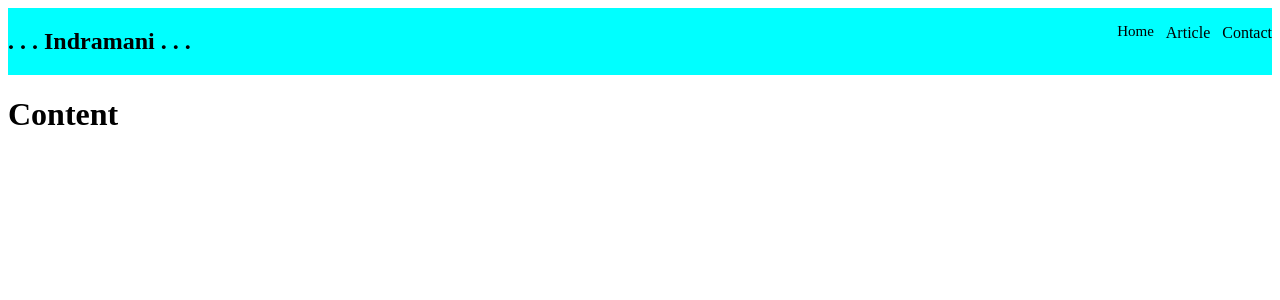
Repository: indramani7271/Indramani-First
Page: /
An editor plug-in stored every save of this project. The page is shown before and after the next save, followed by the edit.
The browser window is 1280 px wide. The pictures show the whole page.
The project was rebuilt for these pictures with package versions that can differ from the ones it lists, and the page was loaded fresh each time. Also part of the build but not shown: vite.config.js, src/index.css.

Above is the page before, as saved 2024-12-02 17:17:29.

After the next save:
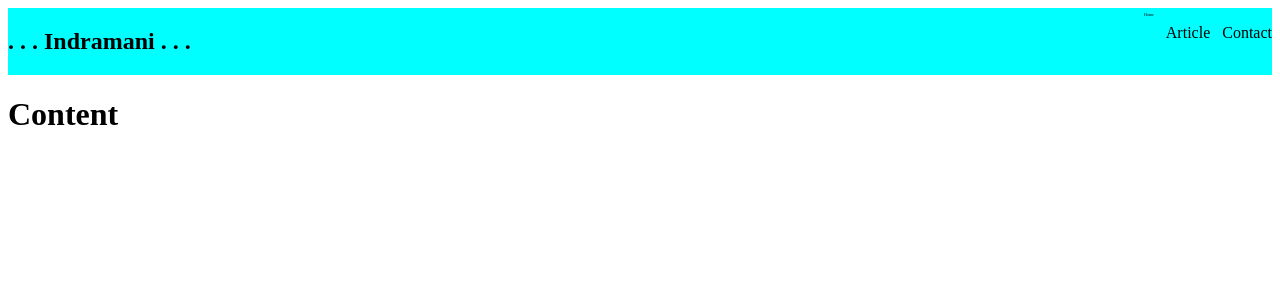
Saved 4 s later.
--- a/src/Component/Navbar.jsx
+++ b/src/Component/Navbar.jsx
@@ -8,7 +8,7 @@ function Navbar() {
 
 <div style={{display:"flex" , justifyContent:"space-between", gap:"12px", backgroundColor:"aqua"}}>
 
-<p style={{fontSize:"15px"}}>Home</p>
+<p style={{fontSize:"4px"}}>Home</p>
 <p>Article</p>
 <p>Contact</p>
 
